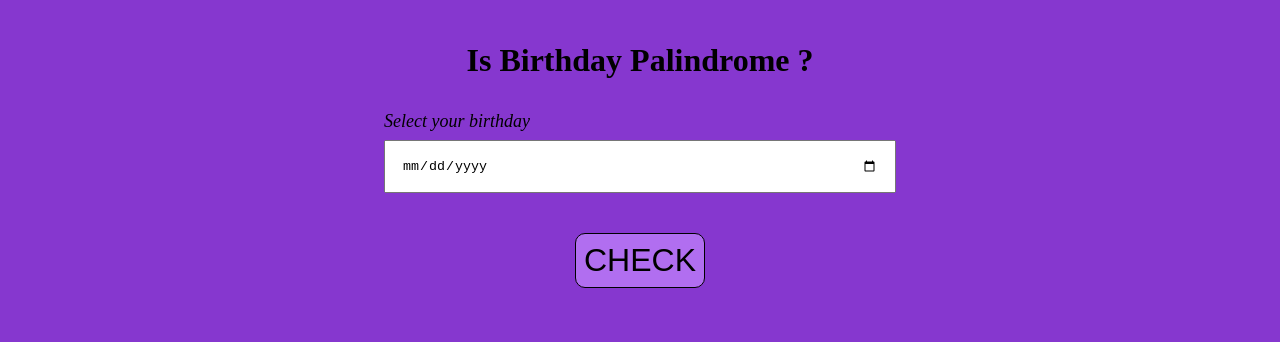
Repository: patelamancode/Palindrome-Birthday
Page: index.html
These files come from the project's save history. The page is drawn as it stood at one moment and after the next save; the edit follows.
The browser window is 1280 px wide. The pictures show the whole page.

Above is the page before, as saved 2022-12-02 19:55:55.

### index.html
<!DOCTYPE html>
<html lang="en">
<head>
    <meta charset="UTF-8">
    <meta http-equiv="X-UA-Compatible" content="IE=edge">
    <meta name="viewport" content="width=device-width, initial-scale=1.0">
    <link rel="stylesheet" href="index.css">
    <title>Is Birthday A Palindrome</title>
</head>
<body>
    <div id="main-container">
        <h1>Is Birthday Palindrome ?</h1>
        <label for="birth date">Select your birthday</label>
        <input type="date" id="selected-dob" />
        <button id="check-btn">CHECK</button>
        <h2 id="result-display">Hey Result is here</h2>
    </div>
    <script src="index.js"></script>
</body>
</html>

### index.css
* {
    margin: 0;
    padding: 0;
  }
  body {
    background-color: rgb(134, 55, 207);
  }

  #main-container {
    display: flex;
    flex-direction: column;
    width: 40vw;
    margin: auto;
    margin-top: 2rem;
    padding: 10px;
    text-align: center;
  }

  .app-title {
    margin: 2rem 0;
  }

  label {
    width: auto;
    text-align: left;
    font-style: italic;
    font-size: large;
    margin-top: 2rem;
    margin-bottom: 0.5rem;
  }

  input{
     padding: 1rem;
  }

  button {
    margin: auto;
    margin-top: 2.5rem;
    padding: 0.5rem;
    font-size: 2rem;
    font-weight: 500;
     font-weight: 300;
    border: 1px solid;
    background-color: rgb(177, 110, 240);
    border-radius: 10px;
  }
  #result-display {
    display: none;
    padding-top: 1rem;
    font-style: italic;
    margin: auto;
  }

### index.js
var dob = document.querySelector('#selected-dob');
var checkBtn = document.querySelector('#check-btn');
var result = document.querySelector('#result-display');

function reverseString(str) {
    return str.split("").reverse().join("");
}

function isPalindrome(str) {
    return str === reverseString(str);
}

function dateString(date) {
    var dateStr = {
        day: "",
        month: "",
        year: ""
    };
    if (date.day < 10) dateStr.day = "0" + date.day;
    else dateStr.day = date.day.toString();

    if (date.month < 10) dateStr.month = "0" + date.month;
    else dateStr.month = date.month.toString();

    dateStr.year = date.year.toString();
    return dateStr;
}

function dateAllVariations(date) {
    var ddmmyyyy = date.day + date.month + date.year;
    var mmddyyyy = date.month + date.day + date.year;
    var yyyymmdd = date.year + date.month + date.day;
    var ddmmyy = date.day + date.month + date.year.slice(-2);
    var mmddyy = date.month + date.day + date.year.slice(-2);
    var yymmdd = date.year.slice(-2) + date.month + date.day;

    return [ddmmyyyy, mmddyyyy, yyyymmdd, ddmmyy, mmddyy, yymmdd];
}

function checkPalindromesForAllDateFormats(date) {
    var listOfDates = dateAllVariations(date);
    var flag = false;

    for (let i = 0; i < listOfDates.length; i++)
        if (isPalindrome(listOfDates[i])) {
            flag = true;
            break;
        }
    return flag;
}

function isLeapYear(year) {
    if ((year % 4 === 0 && year % 100 !== 0) || year % 400 === 0) return true;
    return false;
}

function getNextDate(date) {
    var daysInMonths = [31, 28, 31, 30, 31, 30, 31, 31, 30, 31, 30, 31];

    var day = date.day + 1;
    var month = date.month;
    var year = date.year;

    if (month === 2)
        if (isLeapYear(year)) {
            if (day > 29) {
                day = 1;
                month = 3;
            }
        } else {
            if (day > 28) {
                day = 1;
                month = 3;
            }
        }
    else {
        if (day > daysInMonths[month - 1]) {
            day = 1;
            month++;
        }
    }

    if (month > 12) {
        day = 1;
        month = 1;
        year++;
    }
    return {
        day: day,
        month: month,
        year: year,
    };
}

function getPreviousDate(date) {
    var daysInMonths = [31, 28, 31, 30, 31, 30, 31, 31, 30, 31, 30, 31];

    var day = date.day - 1;
    var month = date.month;
    var year = date.year;

    if (month === 3)
        if (isLeapYear(year)) {
            if (day === 0) {
                day = 29;
                month = 2;
            }
        } else {
            if (day === 0) {
                day = 28;
                month = 2;
            }
        }
    else {
        if (day === 0) {
            month--;
            day = daysInMonths[month - 1];
        }
    }

    if (month === 0) {
        day = 31;
        month = 12;
        year--;
    }
    return {
        day: day,
        month: month,
        year: year,
    };
}

function getNextPalindrome(date) {
    var count = 0;
    var nextDate = getNextDate(date);

    while (1) {
        count++;
        var dateStr = dateString(nextDate);
        if (checkPalindromesForAllDateFormats(dateStr)) break;
        nextDate = getNextDate(nextDate);
    }
    return [count, nextDate];
}

function getLastPalindrome(date) {
    var count = 0;
    var previousDate = getPreviousDate(date);

    while (1) {
        count++;
        var dateStr = dateString(previousDate);
        if (checkPalindromesForAllDateFormats(dateStr)) break;
        previousDate = getPreviousDate(previousDate);
    }
    return [count, previousDate];
}

function forNearestPalindromeDate(date) {
    let dateInputValue = dob.value;
    let dateValue = dateInputValue.split('-');
    var date = {
        day: Number(dateValue[2]),
        month: Number(dateValue[1]),
        year: Number(dateValue[0])
    }

    let dateAsStr = dateString(date);
    let birthdayCheck = checkPalindromesForAllDateFormats(dateAsStr);

    if (birthdayCheck) {
        result.style.display = "flex";
        result.innerText = "Yoo !! Birthday is Palindrome.. Let's Party hard 🎉🎉";
    } else {
        let nextPalindromeDate = getNextPalindrome(date);
        let lastPalindromeDate = getLastPalindrome(date);

        let nextDays = nextPalindromeDate[0];
        let nextStrDate = dateString(nextPalindromeDate[1]);

        let lastDays = lastPalindromeDate[0];
        let lastStrDate = dateString(lastPalindromeDate[1]);

        // console.log(nextStrDate, lastStrDate);

        if(nextDays < lastDays){
            result.style.display = "flex";
            result.innerText = `Opps !! your are lagging with ${nextDays} days, and the next palindrome date is ${(nextStrDate.day)}/${(nextStrDate.month)}/${(nextStrDate.year)}, So please go and complain your parents 🤪`;
        }
        else{
            result.style.display = "flex";
            result.innerText = `Opps !! your are leading with ${lastDays} days, and the previous palindrome date is ${(lastStrDate.day)}/${(lastStrDate.month)}/${(lastStrDate.year)}, So please go and complain your parents 🤪`;
        }
    }

}

checkBtn.addEventListener('click', forNearestPalindromeDate);

After the next save:
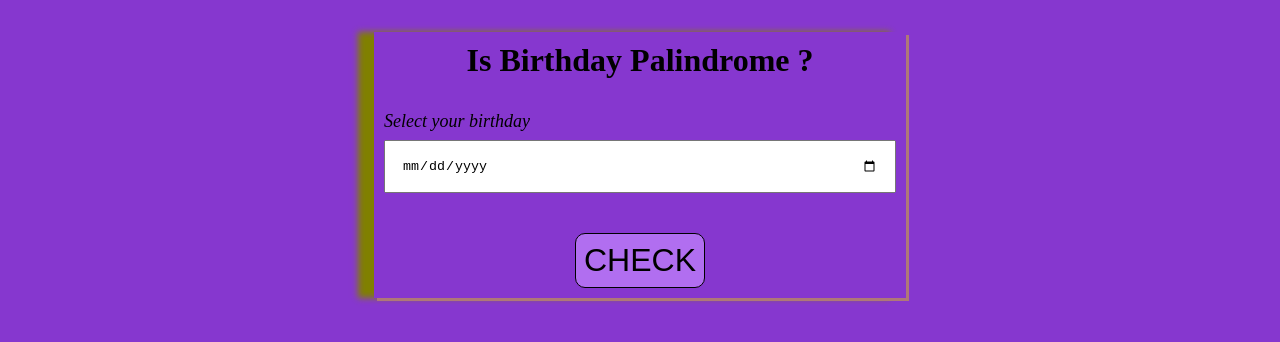
Saved 4 min 3 s later.
--- a/index.css
+++ b/index.css
@@ -14,6 +14,7 @@
     margin-top: 2rem;
     padding: 10px;
     text-align: center;
+    box-shadow: 3px 3px rgb(175, 120, 120), -1em 0 .4em olive;
   }
 
   .app-title {
